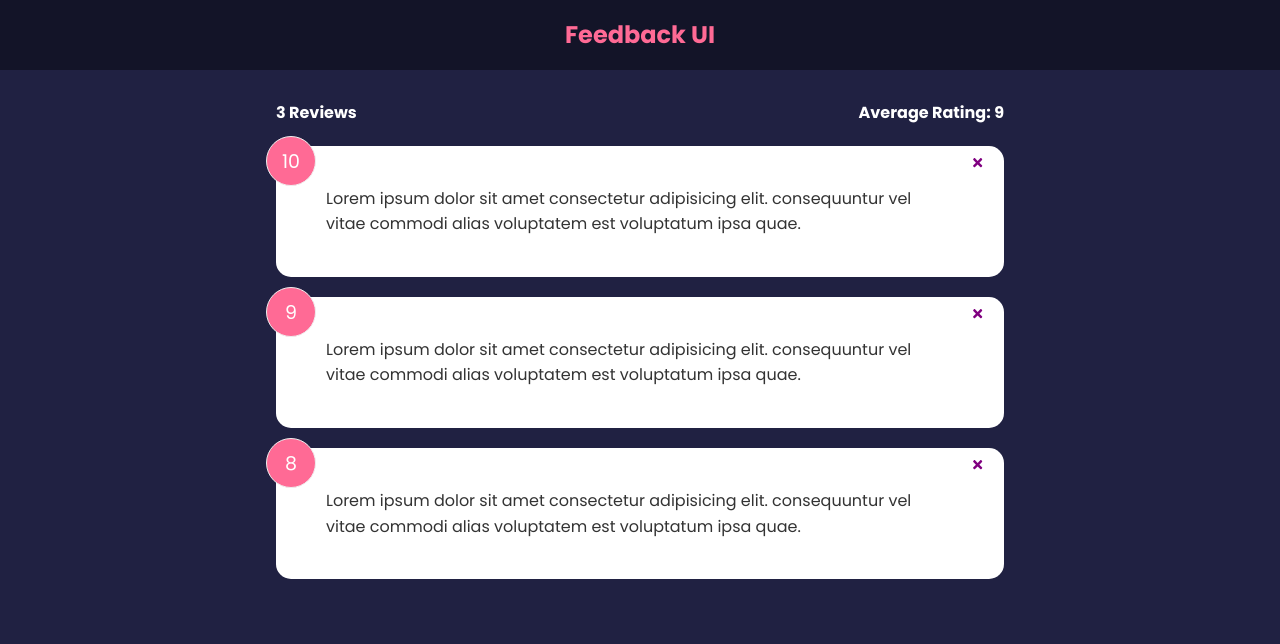
Repository: Lithium87/feedback-app
Page: / (app in client/)
These files come from the project's save history. The page is drawn as it stood at one moment and after the next save; the edit follows.
The browser window is 1280 px wide. The pictures show the whole page.
The project was rebuilt for these pictures with package versions that can differ from the ones it lists, and the page was loaded fresh each time.

Above is the page before, as saved 2022-05-29 21:03:37.

### client/src/index.css
@import url('https://fonts.googleapis.com/css2?family=Poppins:wght@400;600;700&display=swap');
* {
    box-sizing: border-box;
    margin: 0;
    padding: 0;
}

body {
    font-family: 'Poppins', sans-serif;
    background-color: #202142;
    color: #fff;
    line-height: 1.6;
}

ul {
    list-style: none;
}

.container {
    max-width: 768px;
    margin: auto;
    padding: 0 20px;
}

header {
    height: 70px;
    width: 100%;
    display: flex;
    justify-content: space-between;
    align-items: center;
    margin-bottom: 30px;
}

.card {
    background-color: #fff;
    color: #333;
    border-radius: 15px;
    padding: 40px 50px;
    margin: 20px 0;
    position: relative;
}

.card.reverse {
    background-color: rgba(0, 0, 0, 0.4);
    color: #fff;
}

.card h2 {
    font-size: 22px;
    font-weight: 600;
    text-align: center;
}

.rating {
    display: flex;
    align-items: center;
    justify-content: space-around;
    margin: 30px 0 40px;
}

.rating li,
.num-display {
    position: relative;
    background: #f4f4f4;
    width: 50px;
    height: 50px;
    padding: 10px;
    text-align: center;
    border-radius: 50%;
    font-size: 19px;
    border: 1px #eee solid;
    transition: 0.3s;
}

.rating li label {
    position: absolute;
    top: 50%;
    left: 50%;
    width: 50px;
    height: 50px;
    padding: 10px;
    border-radius: 50%;
    transform: translate(-50%, -50%);
    cursor: pointer;
}

.rating li:hover,
.num-display {
    background: #ff6a95;
    color: #fff;
}

[type='radio'] {
    opacity: 0;
}

[type='radio']:checked~label {
    background: #ff6a95;
    color: #fff;
}

.input-group {
    display: flex;
    flex-direction: row;
    border: 1px solid #ccc;
    padding: 8px 10px;
    border-radius: 8px;
}

input {
    flex-grow: 2;
    border: none;
    font-size: 16px;
}

input:focus {
    outline: none;
}

.feedback-stats {
    color: #fff;
    display: flex;
    justify-content: space-between;
    align-items: center;
}

.num-display {
    position: absolute;
    top: -10px;
    left: -10px;
}

.close,
.edit {
    position: absolute;
    top: 10px;
    right: 20px;
    cursor: pointer;
    background: none;
    border: none;
}

.edit {
    right: 40px;
}

.btn {
    color: #fff;
    border: 0;
    border-radius: 8px;
    color: #fff;
    width: 100px;
    height: 40px;
    cursor: pointer;
}

.btn-primary {
    background-color: #202142;
}

.btn-secondary {
    background: #ff6a95;
}

.btn:hover {
    transform: scale(0.98);
    opacity: 0.9;
}

.btn:disabled {
    background-color: #cccccc;
    color: #333;
    cursor: auto;
}

.btn:disabled:hover {
    transform: scale(1);
    opacity: 1;
}

.message {
    padding-top: 10px;
    text-align: center;
    color: rebeccapurple;
}


/* FIX: Remove position: absolute to keep about icon at the bottom of the
 * document */

.about-link {
    display: flex;
    justify-content: flex-end;
}


/* FIX: Remove position: absolute to keep about icon at the bottom of the
 * document */

.about-link a {
    color: #fff;
    cursor: pointer;
}

.about-link a:hover {
    color: #ff6a95;
}

.about h1 {
    margin-bottom: 20px;
}

.about p {
    margin: 10px 0;
}

@media (max-width: 600px) {
    .rating li {
        margin: 10px 3px;
    }
    .rating {
        display: flex;
        align-items: center;
        justify-content: center;
        flex-wrap: wrap;
        margin: 30px 0 40px;
    }
    .input-group input {
        width: 80%;
    }
}

### client/src/App.js
import React, {useState} from 'react';
import Header from './components/Header';
import FeedbackList from './components/FeedbackList';
import FeedbackData from './data/FeedbackData';
import FeedbackStats from './components/FeedbackStats';

const App = () => {
  const [feedback, setFeedback] = useState (FeedbackData);

  const deleteFeedback = id => {
    if (window.confirm ('Are you sure you want to delete?')) {
      setFeedback (feedback.filter (item => item.id !== id));
    }
  };

  return (
    <React.Fragment>
      <Header />
      <div className="container">
        <FeedbackStats feedback={feedback} />
        <FeedbackList feedback={feedback} handleDelete={deleteFeedback} />
      </div>
    </React.Fragment>
  );
};

export default App;

### client/src/components/Header.js
import React from 'react';
import PropTypes from 'prop-types';

const Header = ({text, bgColor, textColor}) => {
  const headerStyles = {
    backgroundColor: bgColor,
    color: textColor,
  };

  return (
    <header style={headerStyles}>
      <div className="container">
        <h2>{text}</h2>
      </div>
    </header>
  );
};

Header.defaultProps = {
  text: 'Feedback UI',
  bgColor: 'rgba(0, 0, 0, 0.4)',
  textColor: '#ff6a95',
};

Header.propTypes = {
  text: PropTypes.string,
  bgColor: PropTypes.string,
  textColor: PropTypes.string,
};

export default Header;

### client/src/components/FeedbackList.js
import React from 'react';
import PropTypes from 'prop-types';
import FeedbackItem from './FeedbackItem';

const FeedbackList = ({feedback, handleDelete}) => {
  if (!feedback || feedback.length === 0) {
    return <p>No feedback Yet</p>;
  }

  return (
    <div className="feedback-list">
      {feedback.map (item => (
        <FeedbackItem key={item.id} item={item} handleDelete={handleDelete} />
      ))}
    </div>
  );
};

FeedbackList.propTypes = {
  feedback: PropTypes.arrayOf (
    PropTypes.shape ({
      id: PropTypes.number.isRequired,
      text: PropTypes.string.isRequired,
      rating: PropTypes.number.isRequired,
    })
  ),
};

export default FeedbackList;

### client/src/components/FeedbackStats.js
import React from 'react';
import PropTypes from 'prop-types';

const FeedbackStats = ({feedback}) => {
  // Calculate ratings avg
  let average =
    feedback.reduce ((acc, cur) => {
      return acc + cur.rating;
    }, 0) / feedback.length;

  average = average.toFixed (1).replace (/[.,]0$/, '');

  return (
    <div className="feedback-stats">
      <h4>{feedback.length} Reviews</h4>
      <h4>Average Rating: {isNaN (average) ? 0 : average}</h4>
    </div>
  );
};

FeedbackStats.propTypes = {
  feedback: PropTypes.array.isRequired,
};

export default FeedbackStats;

### client/src/components/FeedbackItem.js
import React from 'react';
import {FaTimes} from 'react-icons/fa';
import PropTypes from 'prop-types';
import Card from './shared/Card';

const FeedbackItem = ({item, handleDelete}) => {
  return (
    <Card>
      <div className="num-display">{item.rating}</div>
      <button onClick={() => handleDelete (item.id)} className="close">
        <FaTimes color="purple" />
      </button>
      <div className="text-display">
        {item.text}
      </div>
    </Card>
  );
};

FeedbackItem.propTypes = {
  item: PropTypes.object.isRequired,
};

export default FeedbackItem;

### client/src/components/shared/Card.js
import React from 'react';
import PropTypes from 'prop-types';

const Card = ({children, reverse}) => {
  return (
    <div className={`card ${reverse && 'reverse'}`}>
      {children}
    </div>
  );
};

Card.defaultProps = {
  reverse: false,
};

Card.propTypes = {
  children: PropTypes.node.isRequired,
  reverse: PropTypes.bool,
};

export default Card;

### client/src/components/FeedbackForm.js
import React from 'react';

const FeedbackForm = () => {
  return <div>FeedbackForm</div>;
};

export default FeedbackForm;

Loaded but not shown: client/public/index.html (common file); client/src/index.js (common file); client/src/reportWebVitals.js (common file); client/src/data/FeedbackData.js (common file)

After the next save:
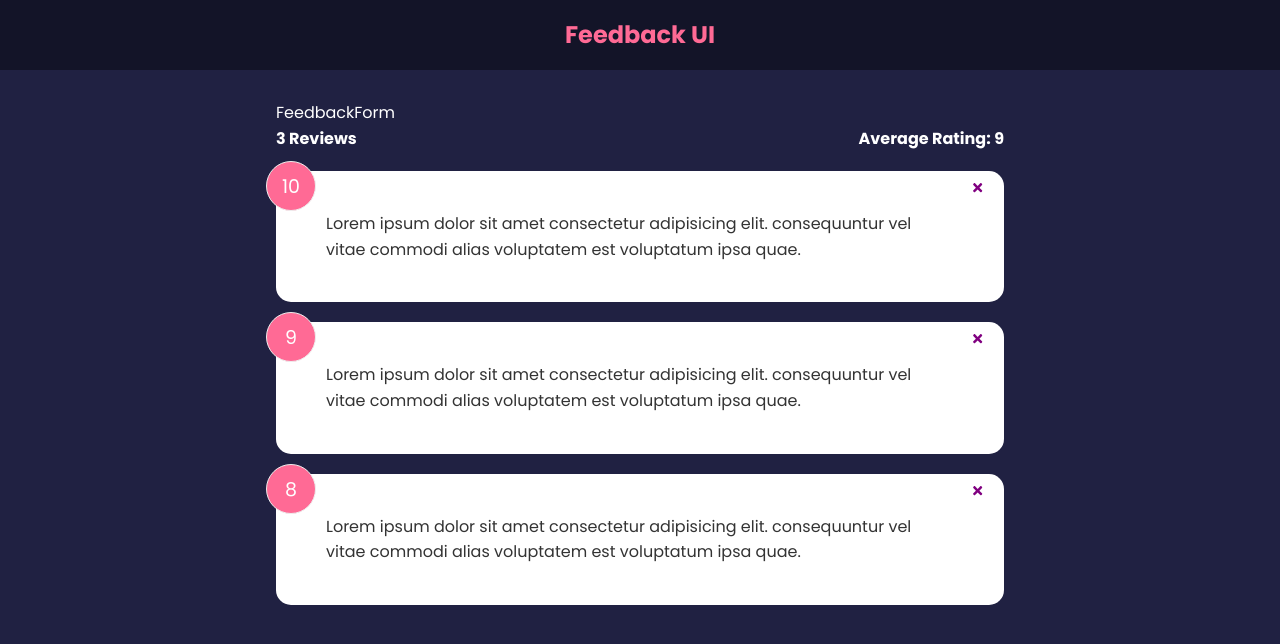
Saved 67 s later.
--- a/client/src/App.js
+++ b/client/src/App.js
@@ -3,6 +3,7 @@ import Header from './components/Header';
 import FeedbackList from './components/FeedbackList';
 import FeedbackData from './data/FeedbackData';
 import FeedbackStats from './components/FeedbackStats';
+import FeedbackForm from './components/FeedbackForm';
 
 const App = () => {
   const [feedback, setFeedback] = useState (FeedbackData);
@@ -17,6 +18,7 @@ const App = () => {
     <React.Fragment>
       <Header />
       <div className="container">
+        <FeedbackForm />
         <FeedbackStats feedback={feedback} />
         <FeedbackList feedback={feedback} handleDelete={deleteFeedback} />
       </div>
